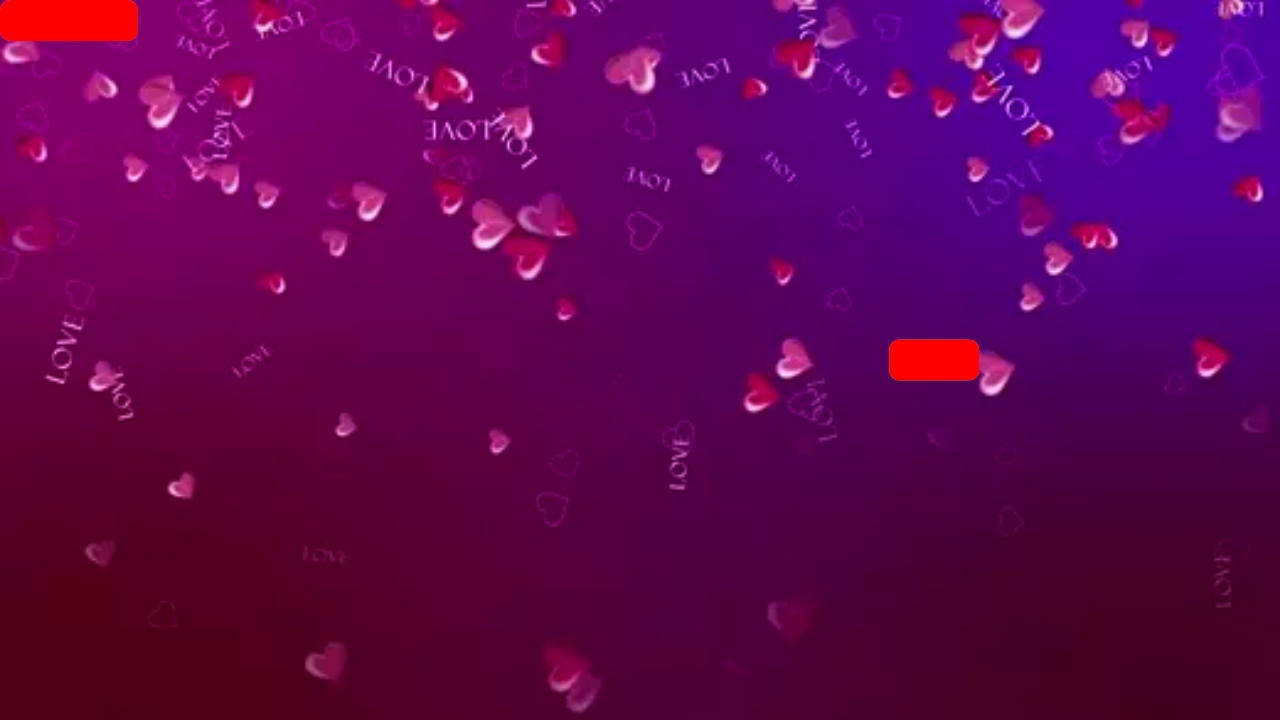
Repository: kuluong2000/love
Page: index.html
These files come from the project's save history. The page is drawn as it stood at one moment and after the next save; the edit follows.
The browser window is 1280 px wide. The pictures show the whole page.
The pointer rests on the first visible `.btn`.

Above is the page before, as saved 2022-06-04 22:00:07.

After the next save:
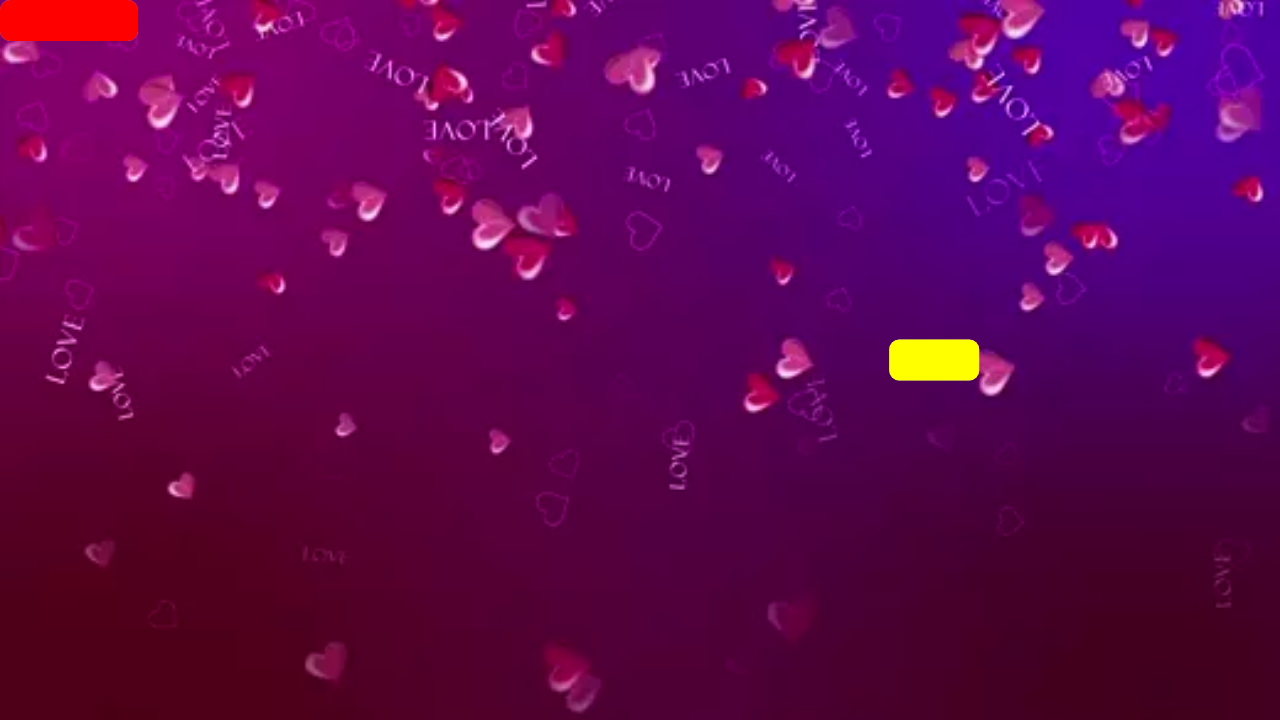
Saved 4 s later.
--- a/app.css
+++ b/app.css
@@ -38,7 +38,7 @@ body {
 }
 .btn:hover::before {
   left: 0;
-  background-color: red;
+  background-color: yellow;
 }
 .love-success {
   right: 20%;
